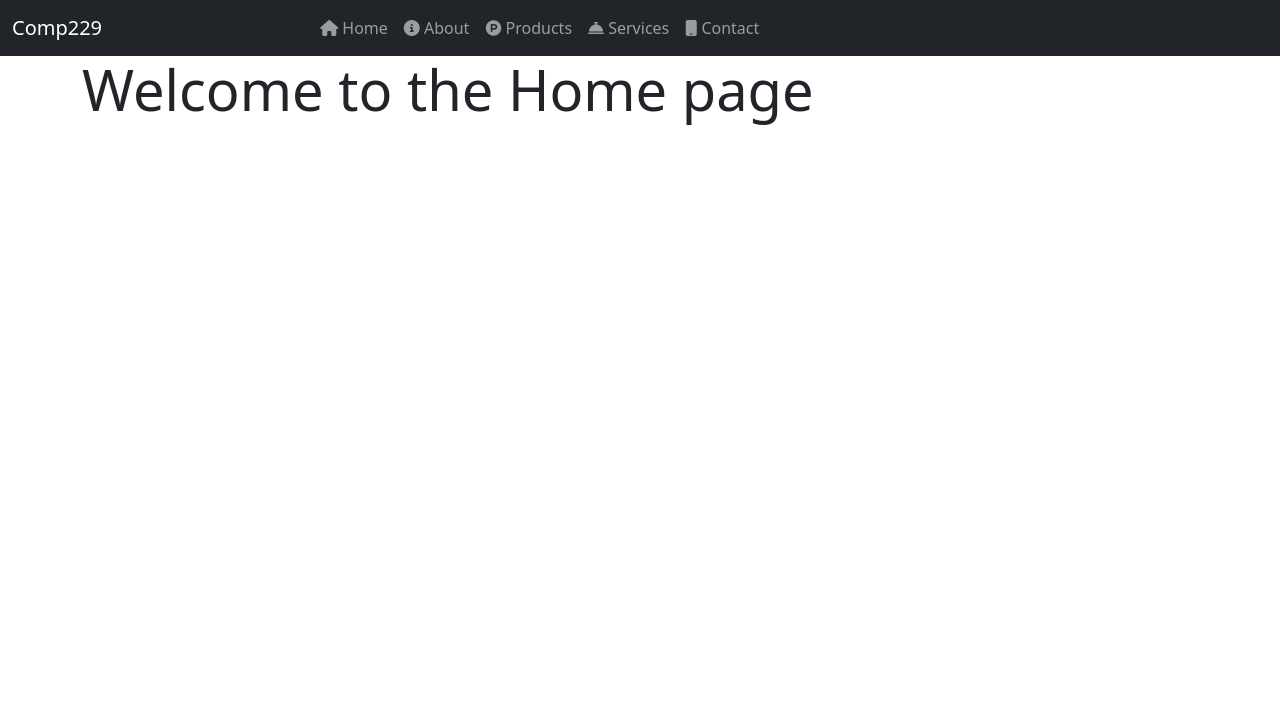
Repository: nhoque7/week3t.2
Page: http://localhost/
An editor plug-in stored every save of this project. The page is shown before and after the next save, followed by the edit.
The browser window is 1280 px wide. The pictures show the whole page.
The page is served by the project's Node server (server.js).

Above is the page before, as saved 2022-10-13 23:38:26.

After the next save:
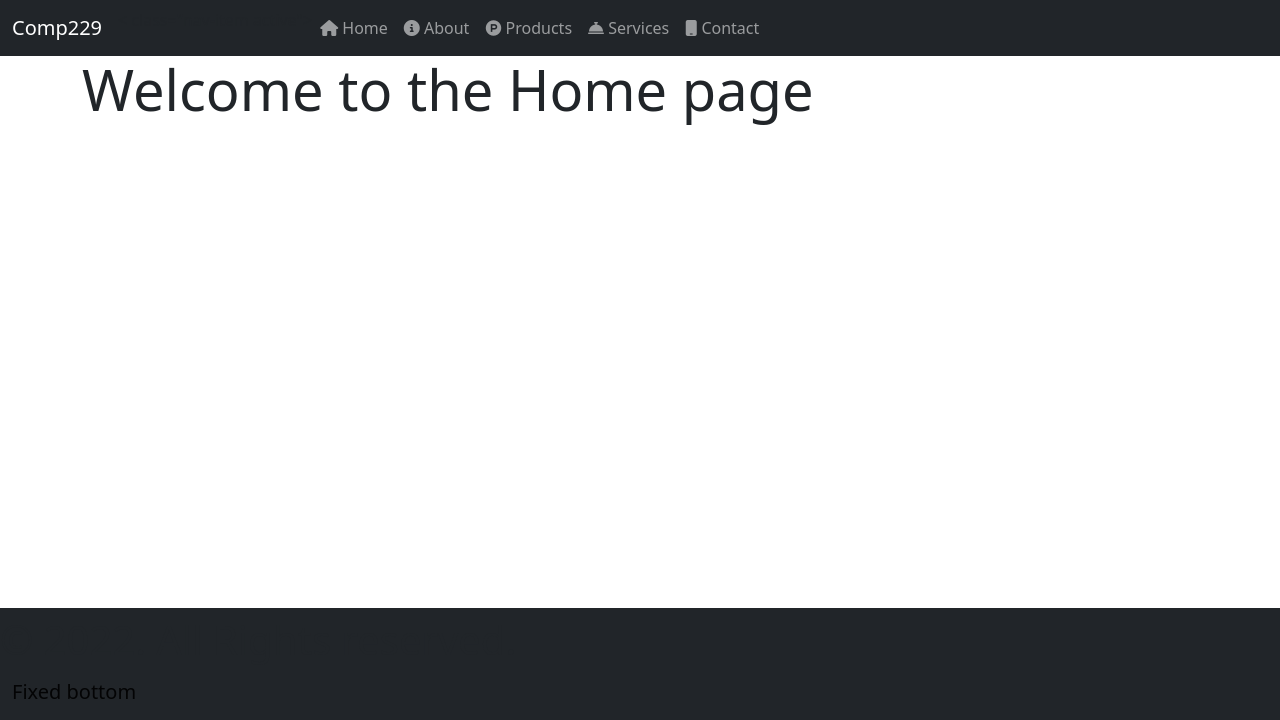
Saved 9 min 38 s later.
--- a/views/index.ejs
+++ b/views/index.ejs
@@ -74,6 +74,16 @@
     </div>
   </main>
 
+  <!-- Bottom Nav -->
+  <footer>
+    <nav class="navbar fixed-bottom bg-dark">
+      <h1 class="display-6">&copy; 2022. All Rights reserved.</h1>
+      <div class="container-fluid">
+        <a class="navbar-brand" href="#">Fixed bottom</a>
+      </div>
+    </nav>
+  </footer>
+
     <!-- Script Section -->
     <script src="/jquery/dist/jquery.min.js"></script>
     <script src="/bootstrap/dist/js/bootstrap.min.js"></script>
